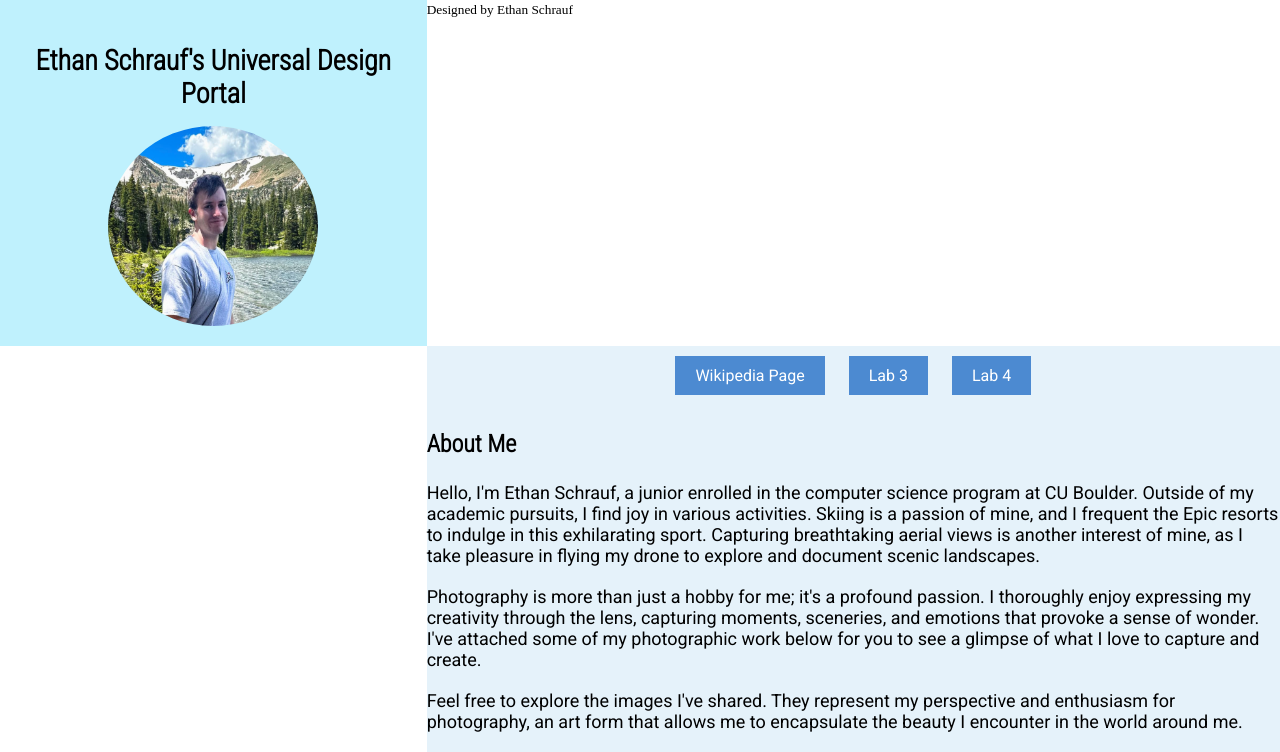
Repository: ethan-schrauf/UniversalDesignWebsite
Page: index.html
These files come from the project's save history. The page is drawn as it stood at one moment and after the next save; the edit follows.
The browser window is 1280 px wide. The pictures show the whole page.

Above is the page before, as saved 2023-10-30 22:38:09.

After the next save:
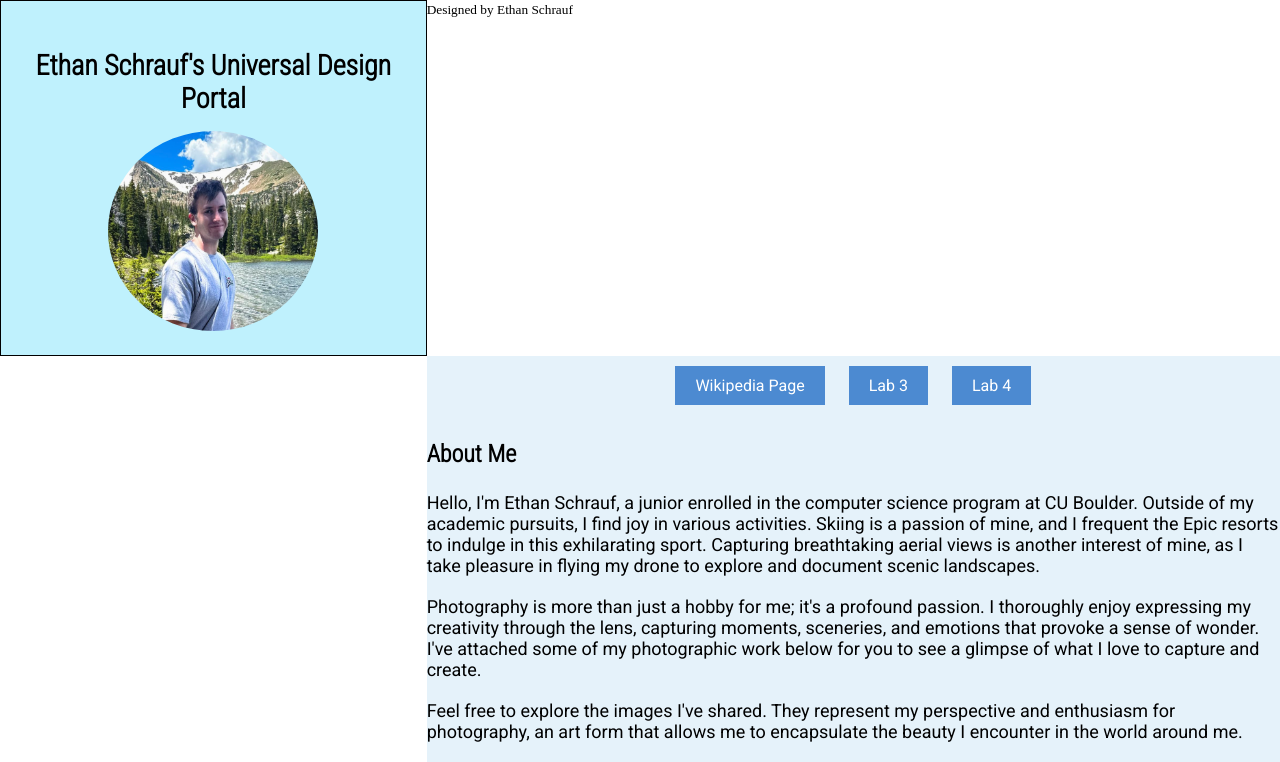
Saved 34 s later.
--- a/index.css
+++ b/index.css
@@ -29,6 +29,8 @@ header {
     background-color: rgb(191, 241, 253);
     color: #fff;
     padding: 20px 0;
+    padding: 1.5em;
+    border: 1px black solid;
 }
 
 h1 {

After the save that followed:
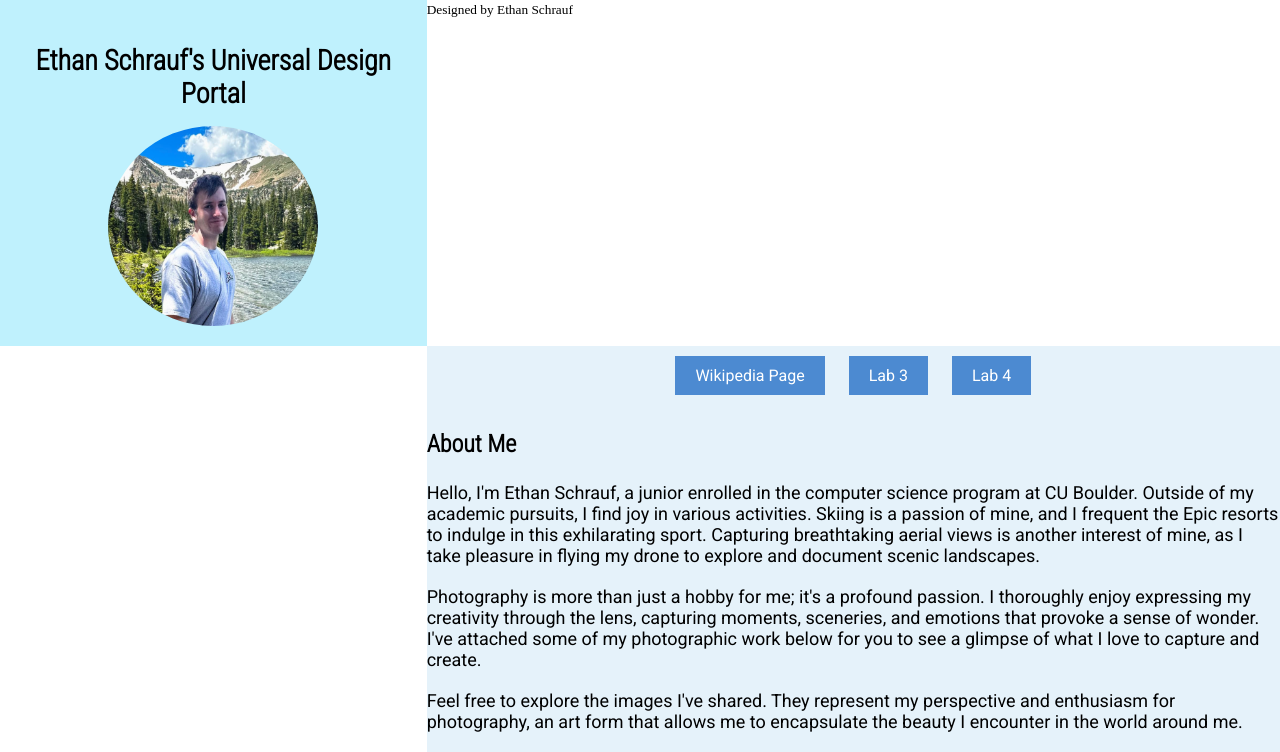
Saved 4 s later.
--- a/index.css
+++ b/index.css
@@ -29,8 +29,7 @@ header {
     background-color: rgb(191, 241, 253);
     color: #fff;
     padding: 20px 0;
-    padding: 1.5em;
-    border: 1px black solid;
+
 }
 
 h1 {
